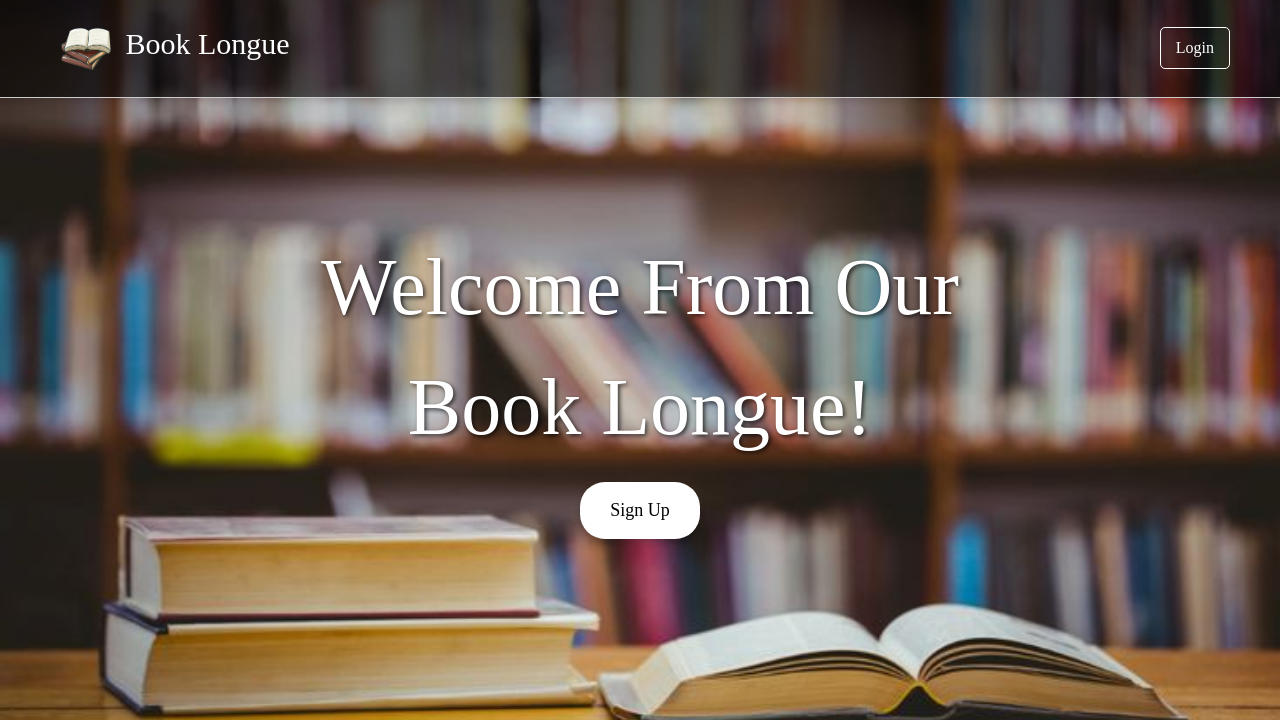
Repository: moehaymanmyint/Book-Longue-Web-System
Page: pages/GetStarted.html
An editor plug-in stored every save of this project. The page is shown before and after the next save, followed by the edit.
The browser window is 1280 px wide. The pictures show the whole page.
Some web fonts or font styles are not loaded; a fallback is used.

Above is the page before, as saved 2024-12-30 12:04:25.

### pages/GetStarted.html
<!DOCTYPE html>
<html lang="en">
<head>
    <meta charset="UTF-8">
    <meta name="viewport" content="width=device-width, initial-scale=1.0">
    <title>Book Longue - Get Started</title>
    <link href="https://cdn.jsdelivr.net/npm/bootstrap@5.3.3/dist/css/bootstrap.min.css" rel="stylesheet" integrity="sha384-QWTKZyjpPEjISv5WaRU9OFeRpok6YctnYmDr5pNlyT2bRjXh0JMhjY6hW+ALEwIH" crossorigin="anonymous">
    <script src="https://cdn.jsdelivr.net/npm/bootstrap@5.3.3/dist/js/bootstrap.bundle.min.js" integrity="sha384-YvpcrYf0tY3lHB60NNkmXc5s9fDVZLESaAA55NDzOxhy9GkcIdslK1eN7N6jIeHz" crossorigin="anonymous"></script>
    <link rel="stylesheet" href="../style/GetStarted.css">
    <link rel="stylesheet" href="https://cdnjs.cloudflare.com/ajax/libs/font-awesome/6.7.2/css/all.min.css" integrity="sha512-Evv84Mr4kqVGRNSgIGL/F/aIDqQb7xQ2vcrdIwxfjThSH8CSR7PBEakCr51Ck+w+/U6swU2Im1vVX0SVk9ABhg==" crossorigin="anonymous" referrerpolicy="no-referrer" />
    <link rel="preconnect" href="https://fonts.googleapis.com">
</head>
<body>
    <div class="nav-bar">
        <div class="left">
            <img src="../src/logo.png" alt="" width="10%">
            <h1>Book Longue</h1>
        </div>
        <div class="right">
            <button type="button" class="login-btn btn btn-light"><a href="../pages/login.html">Login</a></button>
        </div>
    </div>
    <div class="content">
        <h1>Welcome From Our<br>Book Longue!</h1>
        <button type="button" class="btn btn-light"><a href="../pages/signup.html">Sign Up</a></button>
    </div>
</body>
</html>

### style/GetStarted.css
@import url('https://fonts.googleapis.com/css2?family=Playwrite+GB+S:ital,wght@0,100..400;1,100..400&display=swap');
*{
    font-family: "Playwrite GB S", serif;
}
body {
    background-image: url(../src/GetStart-bg.jpg);
    background-size: cover;
    background-repeat: no-repeat;
    background-position: center;
    height: 100vh;
    color: #ffffff;
    font-family: 'Arial', sans-serif;
    margin: 0;
}

.nav-bar {
    display: flex;
    justify-content: space-between;
    align-items: center;
    padding: 15px 50px;
    background-color: rgba(0, 0, 0, 0.6);
    border-bottom: 1px solid #ccc;
    position: fixed;
    width: 100%;
    z-index: 10;
    box-shadow: 0px 4px 6px rgba(0, 0, 0, 0.1);
}

.nav-bar .left {
    display: flex;
    justify-content: start;
    align-items: center;
}

.nav-bar .left img {
    width: 5%;
    margin: 10px;
}

.nav-bar h1 {
    font-size: 30px;
    color: #fff;
}

.nav-bar button {
    border: 1px solid #fff;
    background-color: transparent;
    color: #fff;
    padding: 8px 15px;
    border-radius: 5px;
    cursor: pointer;
    transition: 0.3s;
}

.nav-bar button:hover {
    background-color: #fff;
    color: #000;
}

.right a {
    text-decoration: none;
    color: white;
}

.right a:hover{
    color: #000;
}

.content a {
    text-decoration: none;
    color: black;
}

.content {
    display: flex;
    flex-direction: column;
    align-items: center;
    justify-content: center;
    text-align: center;
    height: 100%;
    padding-top: 30px;
}

.content h1 {
    font-size: 80px;
    text-align: center;
    line-height: 1.5;
    margin: 15px 0;
    color: #ffffff;
    text-shadow: 2px 2px 4px rgba(0, 0, 0, 0.7);
}
.content button {
    border: none;
    padding: 15px 30px;
    font-size: 18px;
    color: #000;
    background-color: #fff;
    border-radius: 25px;
    cursor: pointer;
    box-shadow: 0px 4px 6px rgba(0, 0, 0, 0.2);
    transition: 0.3s;
}

.content button:hover {
    background-color: #9d2f2f;
    color: #fff;
    transform: translateY(-2px);
}

After the next save:
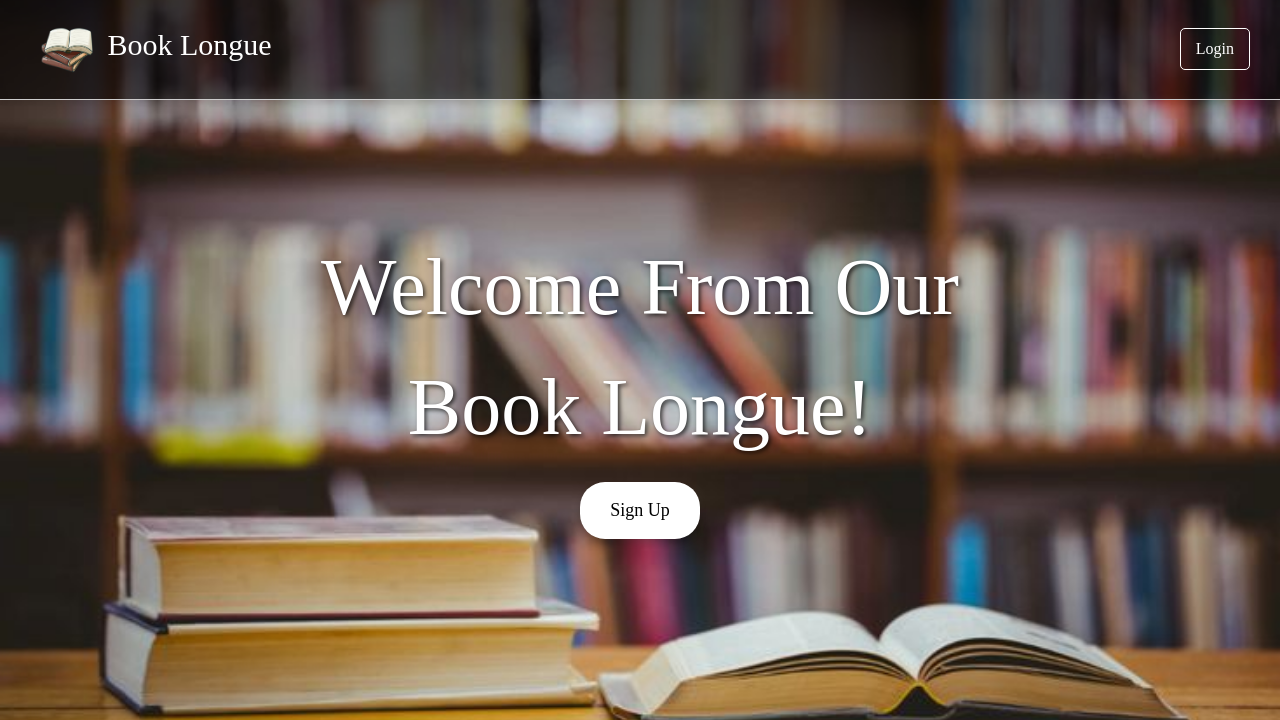
Saved 6 s later.
--- a/style/GetStarted.css
+++ b/style/GetStarted.css
@@ -17,7 +17,7 @@ body {
     display: flex;
     justify-content: space-between;
     align-items: center;
-    padding: 15px 50px;
+    padding: 15px 30px;
     background-color: rgba(0, 0, 0, 0.6);
     border-bottom: 1px solid #ccc;
     position: fixed;
